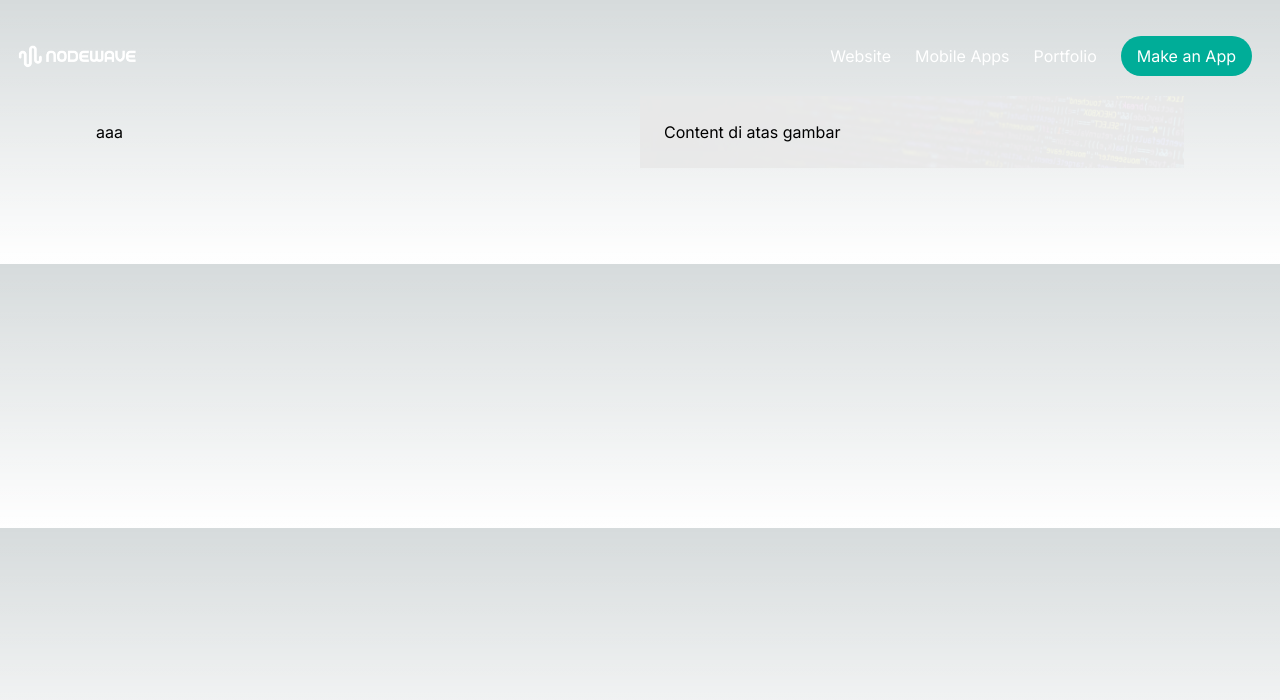
Repository: farrelmuhammad/nodewave
Page: /
These files come from the project's save history. The page is drawn as it stood at one moment and after the next save; the edit follows.
The browser window is 1280 px wide. The pictures show the whole page.
The project was rebuilt for these pictures with package versions that can differ from the ones it lists, and the page was loaded fresh each time. The framework's server and built-in components were replaced by stand-ins that run in the browser. Also part of the build but not shown: next.config.js.

Above is the page before, as saved 2023-09-08 12:56:21.

### src/app/page.js
import Hero from '@/components/Hero'
import Navbar from '@/components/Navbar'

export default function Home() {
  return (
    <>
      <Navbar />
      <Hero />
    </>
  )
}

### src/app/globals.css
@tailwind base;
@tailwind components;
@tailwind utilities;

@import url('https://fonts.googleapis.com/css2?family=Poppins:wght@300;400;500;600;700&display=swap');

:root {
  --foreground-rgb: 0, 0, 0;
  --background-start-rgb: 214, 219, 220;
  --background-end-rgb: 255, 255, 255;
  font-family: 'Poppins', sans-serif;
}

@media (prefers-color-scheme: dark) {
  :root {
    --foreground-rgb: 255, 255, 255;
    --background-start-rgb: 0, 0, 0;
    --background-end-rgb: 0, 0, 0;
  }
}

body {
  color: rgb(var(--foreground-rgb));
  background: linear-gradient(
      to bottom,
      transparent,
      rgb(var(--background-end-rgb))
    )
    rgb(var(--background-start-rgb));
}

### src/components/Hero.jsx
import React from "react";

const Hero = () => {
  return (
    <main className="flex h-full items-center justify-between p-24">
      <div className="w-1/2">aaa</div>
      <div className="w-1/2 relative">
        <div
          className="absolute top-0 left-0 w-full h-full bg-cover bg-center"
          style={{
            backgroundImage: 'url("/assets/background.png")', // Ganti dengan path gambar Anda
          }}
        ></div>
        <div className="relative z-10 p-6 bg-white bg-opacity-80">
          Content di atas gambar
        </div>
      </div>
    </main>
  );
};

export default Hero;

### src/components/Navbar.jsx
import React from "react";
import Image from "next/image";

const Navbar = () => {
  return (
    <header class="absolute w-full z-50 px-4">
      <div class="container mx-auto py-5">
        <div class="flex flex-stretch items-center">
          <div class="w-56 items-center flex">
            <Image src="/assets/Logo.png" width={226} height={100} alt="Logo" />
          </div>
          <div class="w-full"></div>
          <div class="w-auto py-4">
            <ul
              class="fixed bg-white inset-0 flex flex-col invisible items-center justify-center opacity-0 md:visible md:flex-row md:bg-transparent md:relative md:opacity-100 md:flex md:items-center"
              id="menu"
            >
              <li class="mx-3 py-6 md:py-0">
                <a href="#" class="text-black md:text-white hover:underline">
                  Website
                </a>
              </li>
              <li class="mx-3 py-6 md:py-0">
                <a
                  href="#"
                  class="text-black md:text-white hover:underline whitespace-nowrap overflow-ellipsis"
                >
                  Mobile Apps
                </a>
              </li>
              <li class="mx-3 py-6 md:py-0">
                <a href="#" class="text-black md:text-white hover:underline">
                  Portfolio
                </a>
              </li>
              <li class="mx-3 py-6 md:py-0">
                <button class="px-4 py-2 bg-[#00AD98] rounded-full">
                  <a
                    href="#"
                    class="text-black md:text-white hover:underline whitespace-nowrap overflow-ellipsis"
                  >
                    Make an App
                  </a>
                </button>
              </li>
            </ul>
          </div>
          <div class="w-auto">
            <ul class="items-center flex">
              <li class="ml-6 block md:hidden">
                <button
                  id="menu-toggler"
                  class="relative flex z-50 items-center justify-center w-8 h-8 text-black md:text-white focus:outline-none"
                >
                  <svg
                    class="fill-current"
                    width="18"
                    height="17"
                    viewBox="0 0 18 17"
                  >
                    <path d="M15.9773 0.461304H1.04219C0.466585 0.461304 0 0.790267 0 1.19609C0 1.60192 0.466668 1.93088 1.04219 1.93088H15.9773C16.5529 1.93088 17.0195 1.60192 17.0195 1.19609C17.0195 0.790208 16.5529 0.461304 15.9773 0.461304Z" />
                    <path d="M15.9773 7.68802H1.04219C0.466585 7.68802 0 8.01698 0 8.42281C0 8.82864 0.466668 9.1576 1.04219 9.1576H15.9773C16.5529 9.1576 17.0195 8.82864 17.0195 8.42281C17.0195 8.01692 16.5529 7.68802 15.9773 7.68802Z" />
                    <path d="M15.9773 14.9147H1.04219C0.466585 14.9147 0 15.2437 0 15.6495C0 16.0553 0.466668 16.3843 1.04219 16.3843H15.9773C16.5529 16.3843 17.0195 16.0553 17.0195 15.6495C17.0195 15.2436 16.5529 14.9147 15.9773 14.9147Z" />
                  </svg>
                </button>
              </li>
            </ul>
          </div>
        </div>
      </div>
    </header>
  );
};

export default Navbar;

Loaded but not shown: src/app/layout.js (common file); tailwind.config.js (common file)

After the next save:
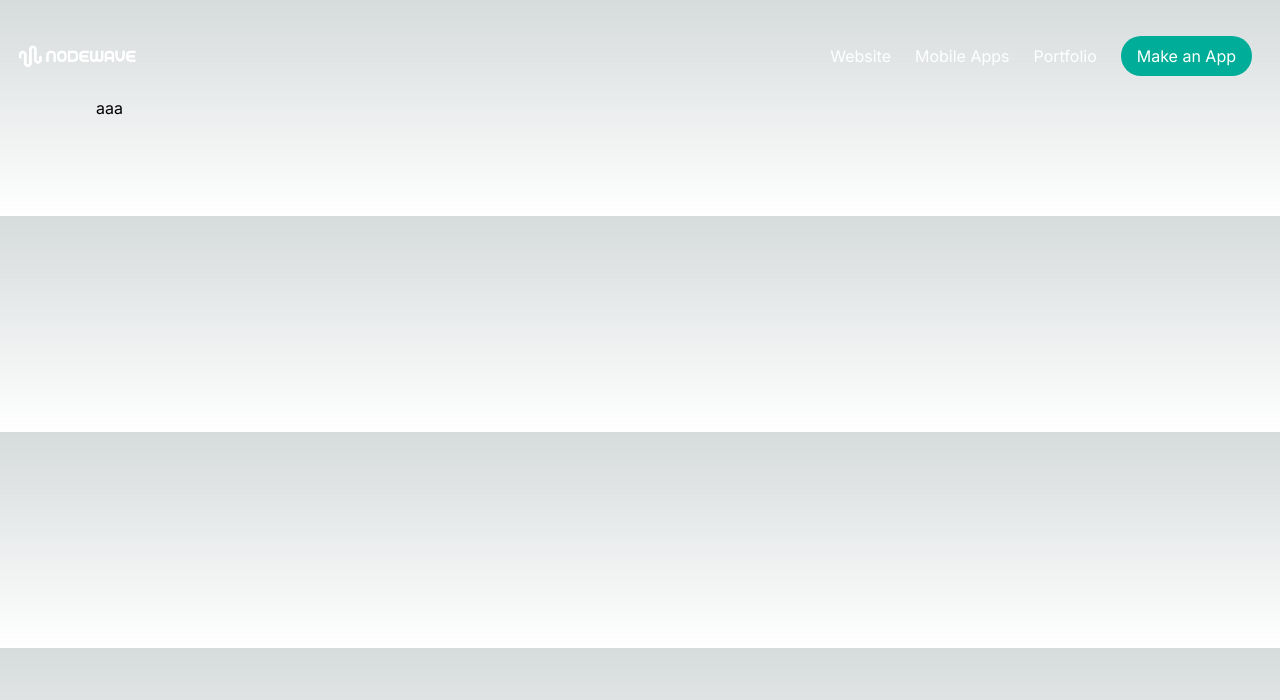
Saved 8 s later.
--- a/src/components/Hero.jsx
+++ b/src/components/Hero.jsx
@@ -11,9 +11,6 @@
             backgroundImage: 'url("/assets/background.png")', // Ganti dengan path gambar Anda
           }}
         ></div>
-        <div className="relative z-10 p-6 bg-white bg-opacity-80">
-          Content di atas gambar
-        </div>
       </div>
     </main>
   );
